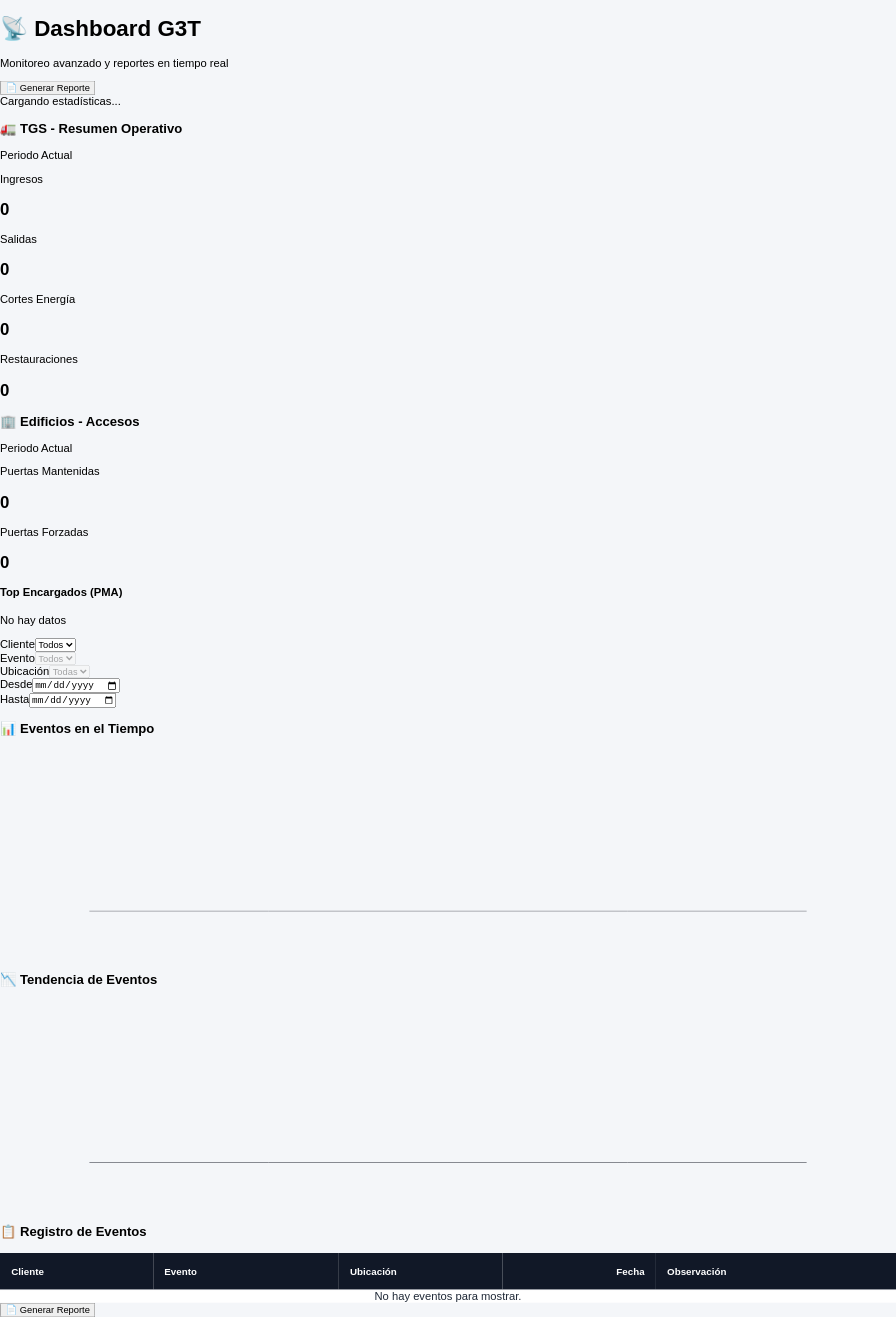
Repository: BBrian11/reportes
Page: /
The author's editor kept a copy of each file at every save. The page is drawn from the files as they stood at one save, then again after the next save.
The browser window is 1280 px wide. The pictures show the whole page, at 70% of full size.
The page's requests for data from a server got no answer. The project was rebuilt for these pictures with package versions that can differ from the ones it lists, and the page was loaded fresh each time. Some packages were replaced by stand-ins written for this rebuild. No one was signed in, and anything a server would have sent is missing. Also part of the build but not shown: vite.config.js, src/components/Dashboard/PieChart.jsx, src/styles/form.css.

Above is the page before, as saved 2025-07-29 15:55:27.

After the next save:
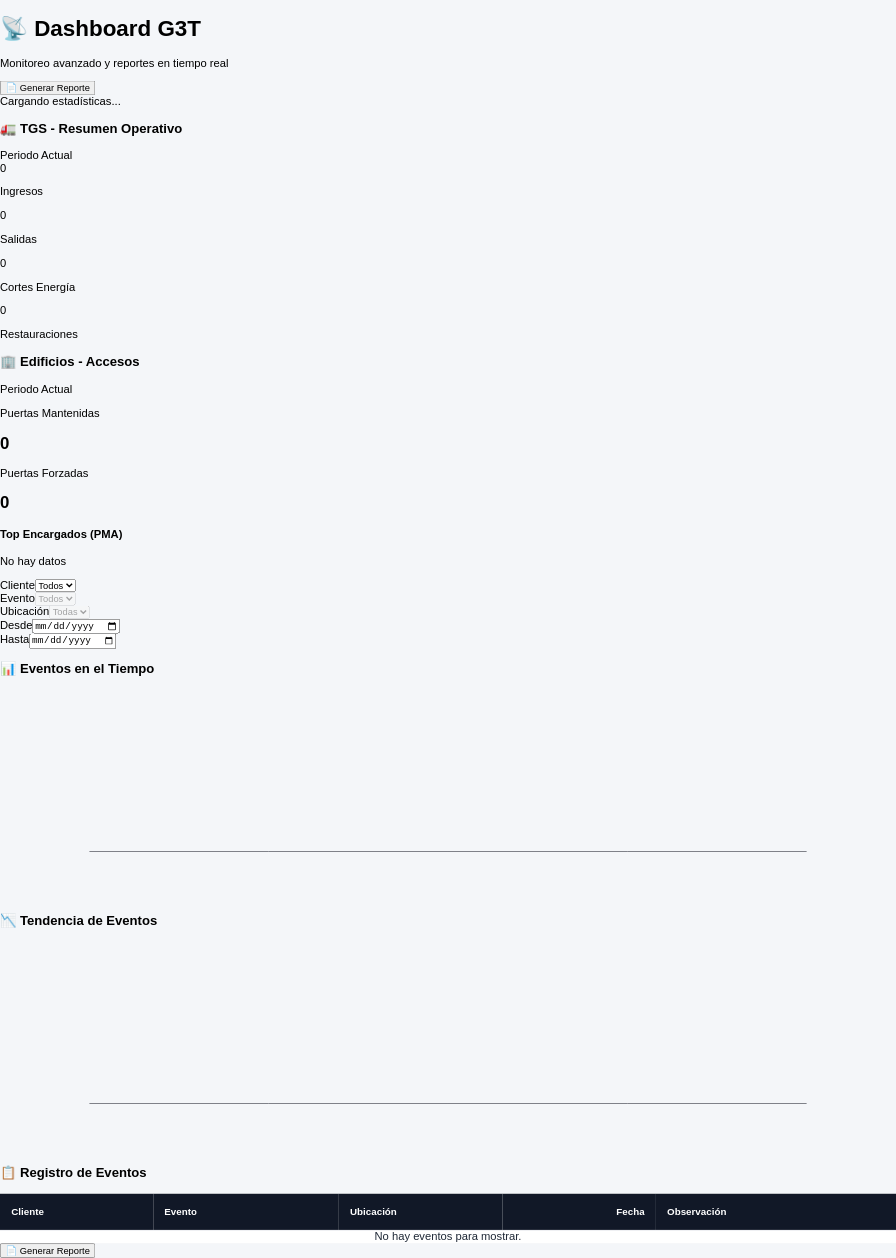
Saved 6 s later.
--- a/src/components/Dashboard/TgsStats.jsx
+++ b/src/components/Dashboard/TgsStats.jsx
@@ -7,10 +7,10 @@ export default function TgsStats({ eventos }) {
   const restauraciones = eventos.filter(e => e.evento.includes("Restauración de energía eléctrica")).length;
 
   const stats = [
-    { label: "Ingresos", value: aperturas, color: "text-blue-600" },
-    { label: "Salidas", value: cierres, color: "text-green-600" },
-    { label: "Cortes Energía", value: cortes, color: "text-yellow-600" },
-    { label: "Restauraciones", value: restauraciones, color: "text-red-600" },
+    { label: "Ingresos", value: aperturas, color: "bg-blue-100 text-blue-600" },
+    { label: "Salidas", value: cierres, color: "bg-green-100 text-green-600" },
+    { label: "Cortes Energía", value: cortes, color: "bg-yellow-100 text-yellow-600" },
+    { label: "Restauraciones", value: restauraciones, color: "bg-red-100 text-red-600" },
   ];
 
   return (
@@ -19,12 +19,13 @@ export default function TgsStats({ eventos }) {
         <h3 className="text-lg font-semibold text-gray-800">🚛 TGS - Resumen Operativo</h3>
         <span className="text-xs text-gray-500">Periodo Actual</span>
       </div>
-
       <div className="grid grid-cols-2 md:grid-cols-4 gap-4">
         {stats.map((item, idx) => (
-          <div key={idx} className="bg-gray-50 rounded-lg p-4 text-center hover:shadow-sm transition">
-            <p className="text-sm text-gray-500">{item.label}</p>
-            <h2 className={`text-2xl font-bold ${item.color}`}>{item.value}</h2>
+          <div key={idx} className="rounded-lg p-4 text-center shadow-sm hover:shadow-md transition">
+            <div className={`w-12 h-12 mx-auto rounded-full flex items-center justify-center mb-2 ${item.color}`}>
+              <span className="text-lg font-bold">{item.value}</span>
+            </div>
+            <p className="text-sm font-medium text-gray-600">{item.label}</p>
           </div>
         ))}
       </div>
